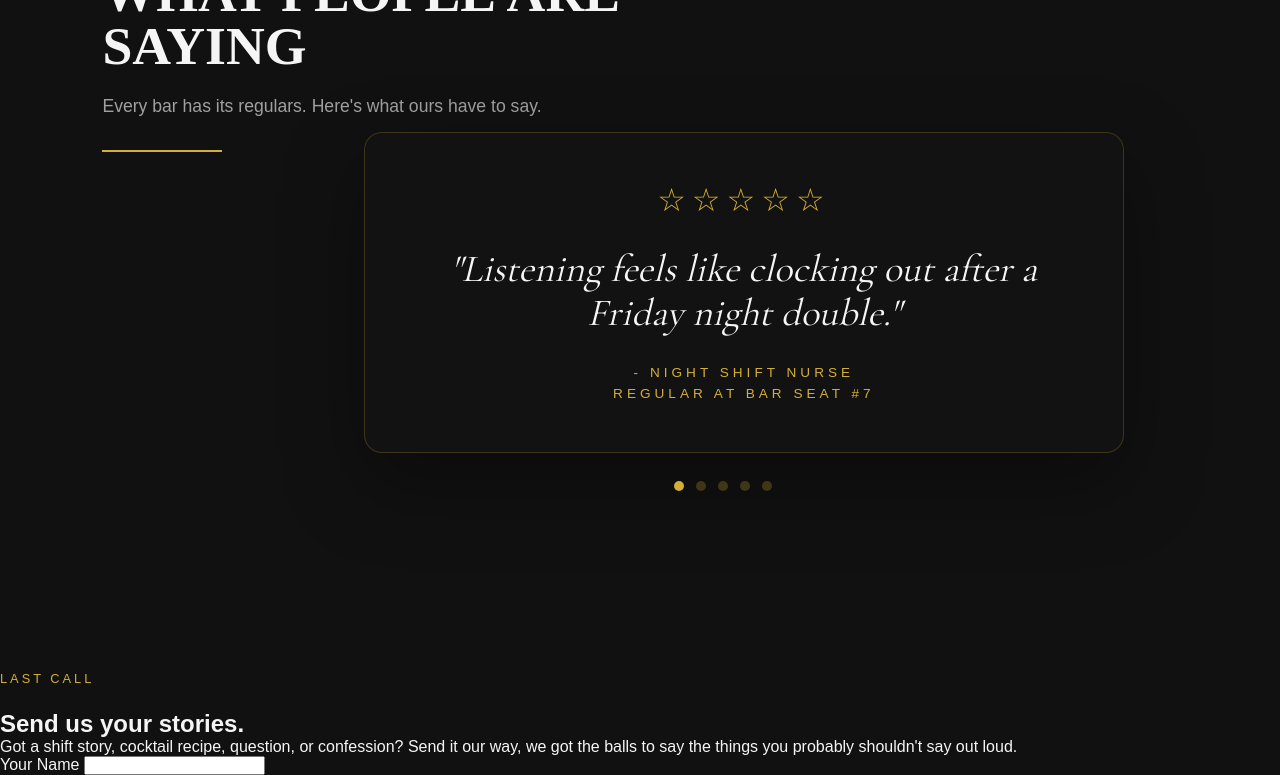
Repository: Gage-Codes/BarRot
Page: css/index.html
The author's editor kept a copy of each file at every save. The page is drawn from the files as they stood at one save, then again after the next save.
The browser window is 1280 px wide. The pictures show the part of the page from y = 4695 to 5647 px (the page is 5470 px tall before and 5647 px after).

Above is the page before, as saved 2026-07-05 16:05:08.

### css/index.html
<!DOCTYPE html>
<html lang="en">

<head>
    <meta charset="UTF-8">
    <meta name="viewport" content="width=device-width, initial-scale=1.0">
    <title>Bar Rot: Your Neighborhood Podcast</title>
    <link href="https://fonts.googleapis.com/css2?family=Cormorant+Garamond:wght@400;700&family=Roboto:wght@400;700&display=swap" rel="stylesheet">
    <link rel="stylesheet" href="style.css">
</head>

<!-- The Navigation Bar/Logo -->

<body>
<header>
    <nav class="navbar">
        <a href="#" class="logo">BAR ROT</a>
        <ul class="nav-links">
            <li><a href="#about">About</a></li>
            <li><a href="#episodes">Episodes</a></li>
            <li><a href="#recipes">Recipes</a></li>
            <li><a href="#hosts">Hosts</a></li>
            <li><a href="#reviews">Reviews</a></li>
            <li><a href="#contact">Contact</a></li>
        </ul>
    </nav>
</header>

<!-- Title/Hero Section -->

<main>
    <section id="hero">
        <div class="hero-content">

            <p class="eyebrow">A late-night podcast</p>
            <h1>Where bad decisions make good stories.</h1>
            <p class="hero-text">
                Bar Rot is a podcast about the chaos of working in nightlife and the friendships
                we've made along the way. These are the stories we tell after last call.
            </p>
            <div class="hero-buttons">
                <a href="#episodes" class="btn primary-btn">Listen Now</a>
                <a href="#about" class="btn secondary-btn">Learn More</a>
            </div>
        </div>
    </section>

<!-- The About Section -->

    <section id="about">
        <div class="section-label">About the Podcast</div>
        <div class="about-grid">
            <div>
                <h2>Come find a spot at the bar. We have some shit to talk about.</h2>
            </div>
            <div>
                <p>
                    Welcome to Bar Rot! The late-night podcast where we discuss nightlife,
                    bad decisions, friendship, dating, work, the chaos of the industry, and how Terry keeps
                    calling out and still has a job.
                </p>
                <p>
                    Join us for our post-shift therapy session, some trash talk, and a few good laughs.
                    Bar Rot is for anyone who regrets saying “one more shot”...
                    and for those of us who pour them.
                </p>
            </div>
        </div>
    </section>

<!--Episodes (Recent Episode) Section -->

    <section id="episodes">
        <div class="section-label">Latest Episodes</div>
        <div class="episodes-header">
            <h2>Real stories with real friends.</h2>
            <p>Three bartenders. One bottle. No filter.</p>
        </div>
        <article class="episode-card">
            <div class="episode-cover-area">
                <div class="record">
                    <div class="record-label">
                        <span>BAR</span>
                        <span>ROT</span>
                    </div>
                </div>
                <div class="album-cover">
                    <img src="images/episode-one.jpg" alt="The Bar Rot hots sitting togeather after work unwinding with a few dinks">
                </div>
            </div>
            <div class="episode-info">
                <p class="episode-number">Episode 01</p>
                <h3>Better To Leave It Where We Found It</h3>
                <p class="episode-description">
                    The stories we tell at the end of the night are the ones we probably shouldn't.
                    Welcome to the first round of Bar Rot.
                </p>
                <div class="episode-meta">
                    <span>46 minutes</span>
                    <span>June 2026</span>
                </div>
                <div class="cocktail-box">
                    <p>This Episodes Shift Drink:</p>
                    <h4>Neat or Chilled</h4>
                </div>
                <div class="episode-buttons">
                    <a href="#" class="btn primary-btn">Listen Now</a>
                    <a href="#recipes" class="btn secondary-btn">View Recipe</a>
                </div>
            </div>
        </article>
    </section>

<!--Shift Drinks/Recipes Section -->

    <section id="recipes">
        <div class="section-label">Shifties</div>
            <div class="recipes-layout">
                <div class="recipe-intro">
                    <h2>Every episode begins with a cocktail and ends with a story.</h2>
                    <p>
                        Choose an episode, make the drink, and unwind with us.
                        It's been one hell of a day, and we all deserve a drink.
                    </p>
                    <label for="cocktail-select">What's your poison?</label>
                    <select id="cocktail-select">
                        <option value="episode-one">Episode 01: Neat or Chilled</option>
                        <option value="episode-two">Episode 02: Schedule Not Yet Posted</option>
                        <option value="episode-three">Episode 03: Schedule Not Yet Posted</option>
                    </select>
                </div>
                <div class="recipe-content">
                    <p class="episode-number">Episode 01</p>
                    <h3>Neat or Chilled</h3>
                    <div class="recipe-divider">
                    </div>
                    <div class="recipe-block">
                        <h4>Recipe</h4>
                        <ul>
                            <li>2 oz. Whiskey, Tequila, Vodka, or Rum</li>
                            <li>Ice, optional</li>
                            <li>A long day</li>
                        </ul>
                    </div>
                    <div class="recipe-block">
                        <h4>Method</h4>
                        <ol>
                            <li>Choose your liquor.</li>
                            <li>Either pour it straight into a glass, or shake it with ice and strain into a fresh glass.</li>
                            <li>Go ahead and slam it.</li>
                            <li>Congrats! You just had your first of many shift drinks.</li>
                        </ol>
                    </div>
                    <div class="recipe-block host-note">
                        <h4>Behind the Bar</h4>
                        <p>“This drink is a simple one, but it is the one we all reach for at the end of a long night.
                            It is for when everyone says they're only staying for one... and then suddenly it's 3 a.m.”
                        </p>
                    </div>
                </div>
            </div>
    </section>

<!--Meet the Hosts Section-->

    <section id="hosts">
        <div class="section-label">The Crew</div>
        <h2 class="host-title">
            Meet the Crew
        </h2>
        <p class="hosts-subtitle">
            Everyone has a story. These three just decided to record them.
        </p>
        <div class="section-divider">
        </div>
        <div class="host-grid">
            <article class="host-card">
<!--Gage Info-->
                <img src="images/gage.jpg" alt="Gage" class="host-photo">
                <div class="host-info">
                    <h3>Gage</h3>
                    <p class="host-nickname">
                        <i>"The Personality Hire"</i>
                    </p>
                    <div class="host-divider">
                    </div>
                    <div class="host-detail">
                        <span class="detail-label">
                            SHIFT DRINK:
                        </span>
                        <span class="detail-value">
                            Naked and Famous
                        </span>
                    </div>
                    <div class="host-detail">
                        <span class="detail-label">
                            KNOWN FOR:
                        </span>
                        <span class="detail-value">
                            Drinking tequila out of a Red Bull can.
                        </span>
                    </div>
                    <div class="host-detail">
                        <span class="detail-label">
                            SHIFT QUOTE:
                        </span>
                        <span class="detail-value">
                            "Can we hurry this up? I can feel my buzz starting to wear off."
                        </span>
                    </div>
                </div>
            </article>
<!--Aylen Info-->
            <article class="host-card">
                <img src="images/aylen.jpg" alt="Aylen" class="host-photo">
                <div class="host-info">
                    <h3>Aylen</h3>
                    <p class="host-nickname">
                        <i>"The Firercracker"</i>
                    </p>
                    <div class="host-divider">
                    </div>
                    <div class="host-detail">
                        <span class="detail-label">
                            SHIFT DRINK:
                        </span>
                        <span class="detail-value">
                            Mezcal Passionfruit Margarita
                        </span>
                    </div>
                    <div class="host-detail">
                        <span class="detail-label">
                            BIGGEST PET PEEVE:
                        </span>
                        <span class="detail-value">
                            "People waving cash in my face."
                        </span>
                    </div>
                    <div class="host-detail">
                        <span class="detail-label">
                            MOST LIKELY TO:
                        </span>
                        <span class="detail-value">
                            Rip a shot with a guest behind the bar.
                        </span>
                    </div>
                </div>
            </article>
<!--Abby Info-->
            <article class="host-card">
                <img src="images/abby.jpg" alt="Aylen" class="host-photo">
                <div class="host-info">
                    <h3>Abby</h3>
                    <p class="host-nickname">
                        <i>"The Diva"</i>
                    </p>
                    <div class="host-divider">
                    </div>
                    <div class="host-detail">
                        <span class="detail-label">
                            SHIFT DRINK:
                        </span>
                        <span class="detail-value">
                            Esspresso Martini
                        </span>
                    </div>
                    <div class="host-detail">
                        <span class="detail-label">
                            SIGNATURE MOVE:
                        </span>
                        <span class="detail-value">
                            The Worm
                        </span>
                    </div>
                    <div class="host-detail">
                        <span class="detail-label">
                            WORST SHIFT EVER:
                        </span>
                        <span class="detail-value">
                            "Any shift I have to work sober."
                        </span>
                    </div>
                </div>
            </article>
        </div>
    </section>

<!--Reviews Section-->

    <section id="reviews">
        <div class="section-label">
            The Regulars
        </div>
        <h2 class="reviews-title">
            What People Are
            <br>Saying
        </h2>
        <p class="reviews-subtitle">
            Every bar has its regulars. Here's what ours have to say.
        </p>
        <div class="section-divider">
        </div>
        <div class="review-slider">
            <div class="review-card">
                <div class="review-stars">
                    <span>&star;&star;&star;&star;&star;
                    </span>
                </div>
                <blockquote class="review-text">
                    "Listening feels like clocking out after a Friday night double."
                </blockquote>
                <p class="review-author">
                    - Night Shift Nurse
                    <br>Regular at Bar Seat #7
                </p>
            </div>
        </div>
        <div class="review-dots">
            <span class="dot active">
            </span>
            <span class="dot">
            </span>
            <span class="dot">
            </span>
            <span class="dot">
            </span>
            <span class="dot">
            </span>
        </div>
    </section>

<!-- Contact Sections -->

    <section id="contact">
        <div class="section-label">Last Call
        </div>
        <div class="contact-layout">
            <div class="contact-intro">
                <h2>Send us your stories.</h2>
                <p>
                    Got a shift story, cocktail recipe, question, or confession?
                    Send it our way, we got the balls to say the things you probably shouldn't say out loud.
                </p>
            </div>
            <form class="contact-form">
                <div class="form-group">
                    <label for="name">Your Name</label>
                    <input type="text" id="name" placeholder=""
                </div>
            </form>
        </div>
    </section>

</main>

<footer></footer>

<!--Java Script/Nav Bar-->

<script src="script.js"></script>

</body>

</html>

Loaded but not shown: css/script.js (21 lines, source omitted); css/style.css (637 lines, source omitted)

After the next save:
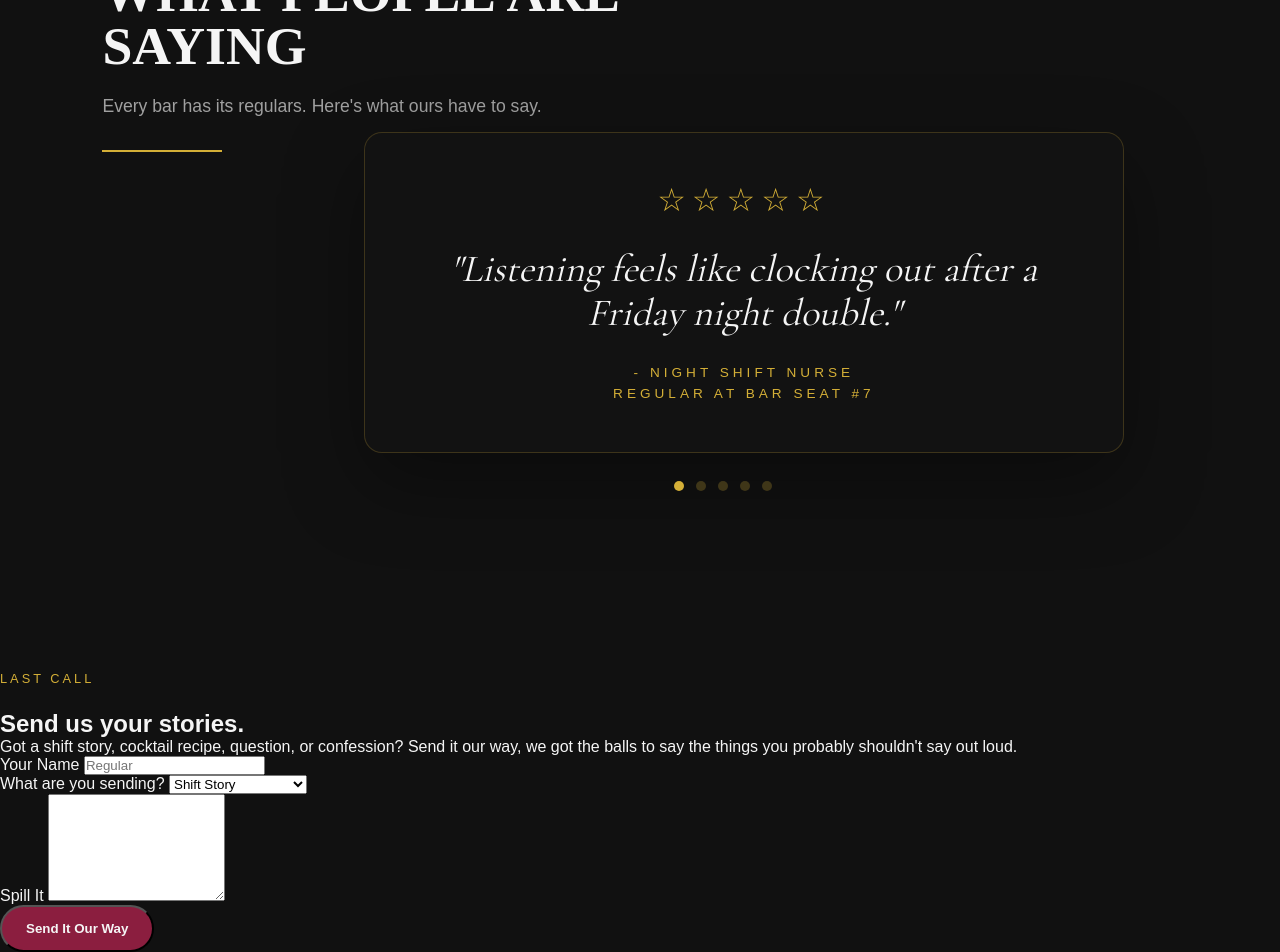
Saved 8 min 54 s later.
--- a/css/index.html
+++ b/css/index.html
@@ -345,8 +345,30 @@
             <form class="contact-form">
                 <div class="form-group">
                     <label for="name">Your Name</label>
-                    <input type="text" id="name" placeholder=""
-                </div>
+                    <input type="text" id="name" placeholder="Regular">
+                </div>
+                <div class="form-group">
+                    <label for="email" id="email" placeholder="email"></label>
+                </div>
+                <div class="form-group">
+                    <label for="submission-type">What are you sending?</label>
+                    <select id="submission-type">
+                        <option>Shift Story</option>
+                        <option>COcktail Recipe</option>
+                        <option>Question</option>
+                        <option>Comment</option>
+                        <option>Confession</option>
+                        <option>Other Bad Decision</option>
+                    </select>
+                </div>
+                <div class="form-group">
+                    <label for="message">Spill It</label>
+                    <textarea id="message" rows="7" placeholder="Whats the T...">
+                    </textarea>
+                </div>
+                <button type="submit" class="btn primary-btn">
+                    Send It Our Way
+                </button>
             </form>
         </div>
     </section>
